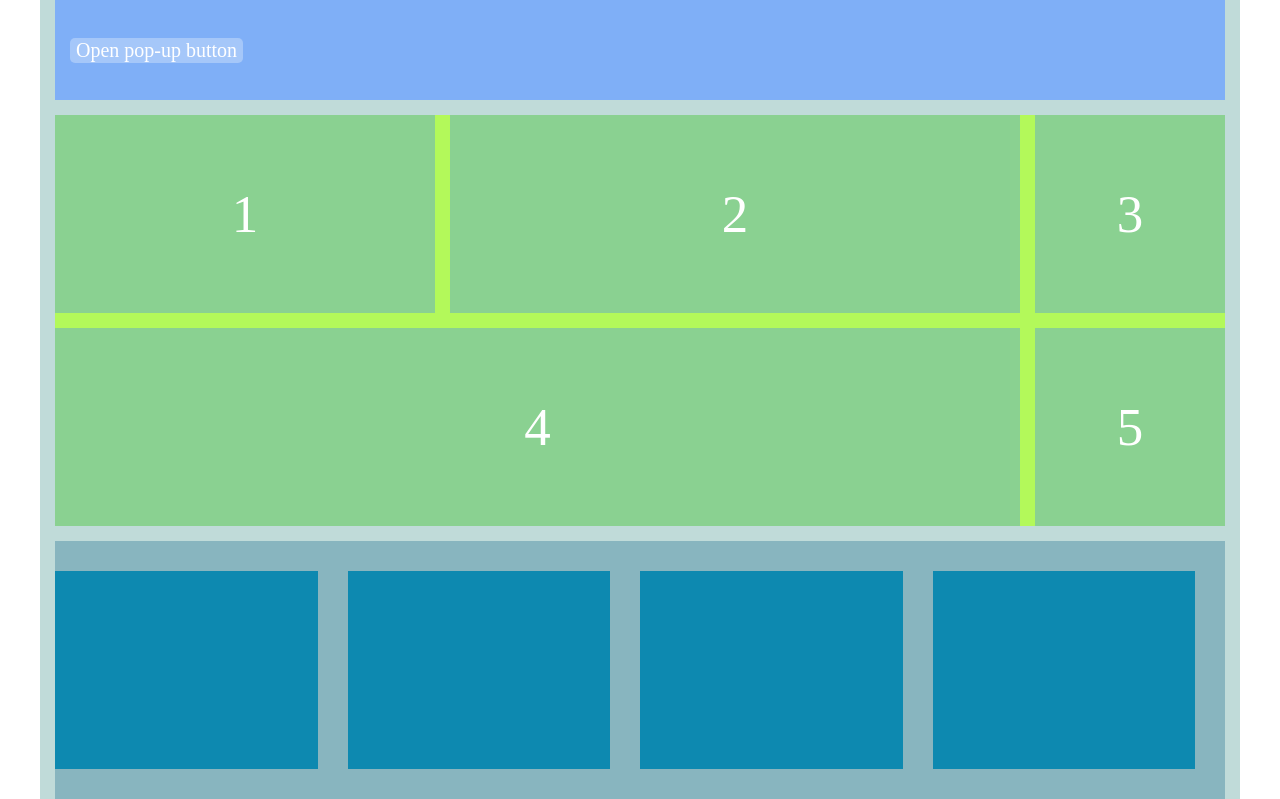
Repository: Evgenius190999999/nodasoft
Page: index.html
These files come from the project's save history. The page is drawn as it stood at one moment and after a run of saves; the edit follows.
The browser window is 1280 px wide. The pictures show the whole page.
Some web libraries are served in a nearby version. The style sheet was rebuilt from its Sass, Less or Tailwind sources for each picture, by a compiler version that may differ from the author's.

Above is the page before, as saved 2022-07-08 15:10:12.

### index.html
<!DOCTYPE html>
<html lang="en">

<head>
    <meta charset="UTF-8">
    <meta http-equiv="X-UA-Compatible" content="IE=edge">
    <meta name="viewport" content="width=device-width, initial-scale=1.0">
    <link rel="stylesheet" href="./style/normalize.css">
    <link rel="stylesheet" href="./style/reset.css">
    <link rel="stylesheet" href="./style/style.css">
    <script src="https://kit.fontawesome.com/33ab42410f.js" crossorigin="anonymous"></script>
    <title>Nodasoft</title>
</head>

<body>
    <div class="wrapper">
        <header class="header container">
            <button class="open__popup">Open pop-up button</button>
        </header>
        <div class="main__block container">
            <div class="div__1">1</div>
            <div class="div__2">2</div>
            <div class="div__3">3</div>
            <div class="div__4">4</div>
            <div class="div__5">5</div>
        </div>
        <div class="second__block container">
            <div class="div1"> </div>
            <div class="div2"> </div>
            <div class="div3"> </div>
            <div class="div4"> </div>
        </div>
    </div>

</body>

</html>

### style/sass/style.sass

*, *::after, *::before
    box-sizing: border-box

.wrapper
    max-width: 1200px
    margin: 0 auto
    background: #C0DBD9

.header
    display: flex
    align-items: center
    justify-content: flex-start
    padding: 0 15px
    background: #7FAFF7
    height: 100px

.container
    max-width: 1170px
    margin: 0 auto

.open__popup
    background: #A5C7F9
    border-radius: 5px
    border: none
    font-size: 20px
    line-height: 23px
    color: #FFFFFF
    cursor: pointer

.main__block
    display: grid
    grid-template-columns: 2fr 3fr 1fr
    grid-template-rows: repeat(2, 1fr)
    grid-column-gap: 15px
    grid-row-gap: 15px
    background: #B3F95A
    font-size: 53px
    color: #FFFFFF
    margin: 15px auto
    div
        height: 198px
        background: #8AD191
        display: flex
        align-items: center
        justify-content: center

.div__1
    grid-area: 1 / 1 / 2 / 2
.div__2
    grid-area: 1 / 2 / 2 / 3
.div__3
    grid-area: 1 / 3 / 2 / 4
.div__4
    grid-area: 2 / 1 / 3 / 3
.div__5
    grid-area: 2 / 3 / 3 / 4

.second__block
    display: grid
    grid-template-columns: repeat(4, 1fr)
    grid-template-rows: 1fr
    grid-column-gap: 0px
    grid-row-gap: 0px
    background: #88B5BF
    div
        height: 198px
        background: #0D89B0
        margin: 30px 30px 30px 0

.div1
    grid-area: 1 / 1 / 2 / 2
.div2
    grid-area: 1 / 2 / 2 / 3
.div3
    grid-area: 1 / 3 / 2 / 4
.div4
    grid-area: 1 / 4 / 2 / 5

Loaded but not shown: style/normalize.css (library); style/reset.css (common file)

After the next 2 saves:
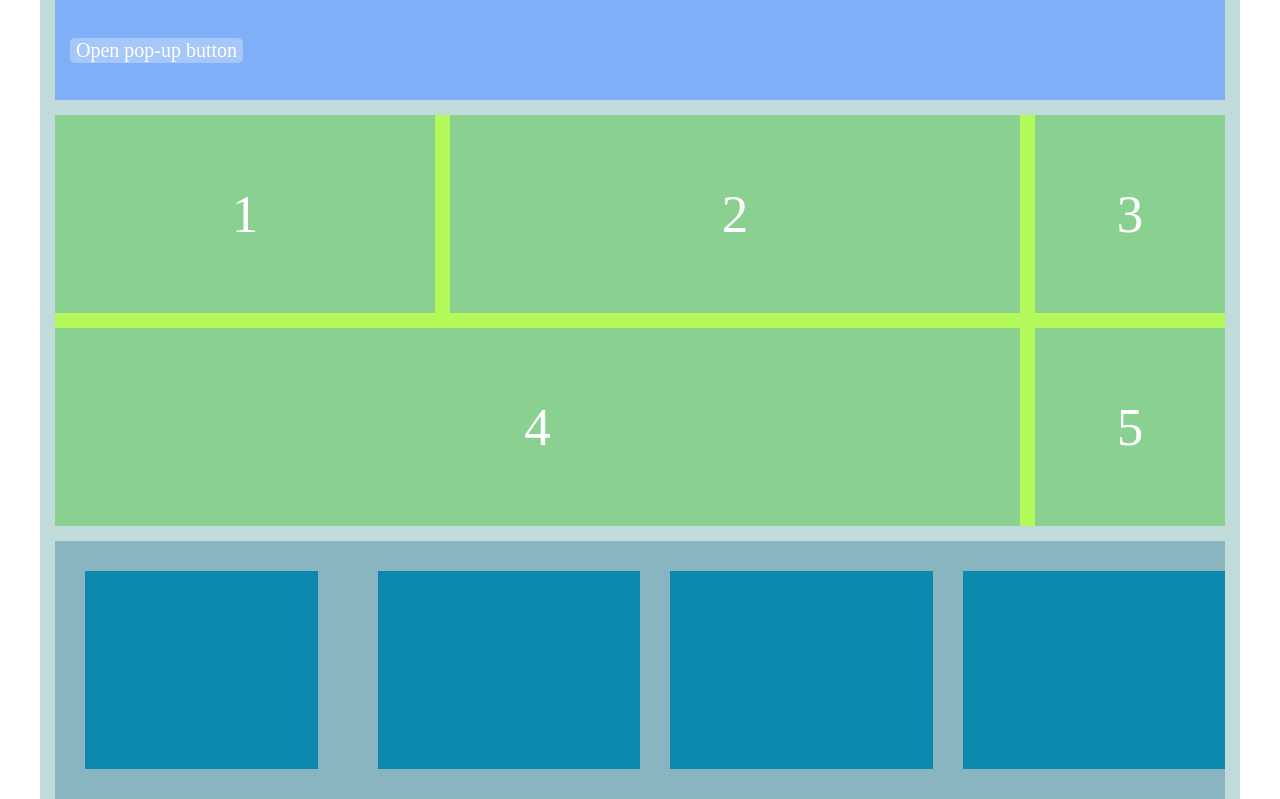
The 2 saves are shown as one change because they came seconds apart.
The last was saved 27 s later.
--- a/style/sass/style.sass
+++ b/style/sass/style.sass
@@ -66,7 +66,9 @@
     div
         height: 198px
         background: #0D89B0
-        margin: 30px 30px 30px 0
+        margin: 30px 0px 30px 30px
+        &:first-child
+            margin-right: 30px
 
 .div1
     grid-area: 1 / 1 / 2 / 2
